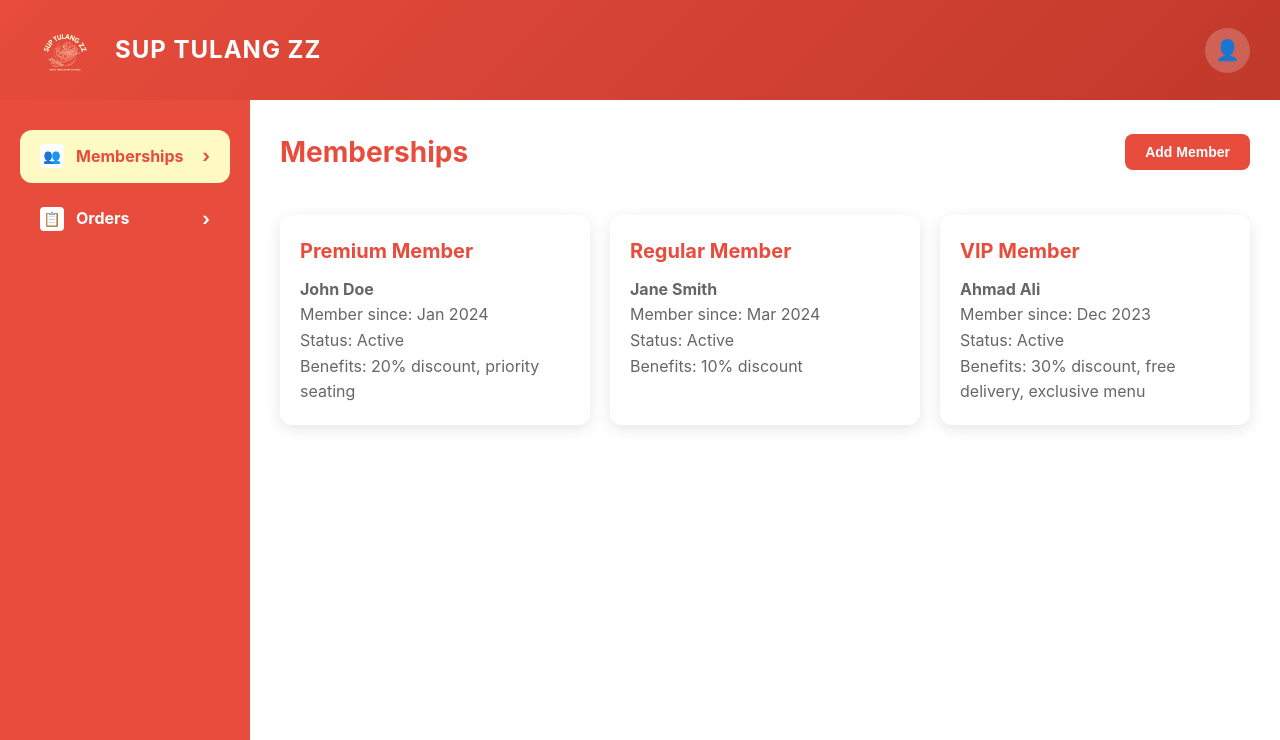
Repository: YIsheng2002/web-frontend
Page: view/Staff/dashboardstaff.html
An editor plug-in stored every save of this project. The page is shown before and after the next save, followed by the edit.
The browser window is 1280 px wide. The pictures show the whole page.

Above is the page before, as saved 2025-06-12 18:22:56.

After the next save:
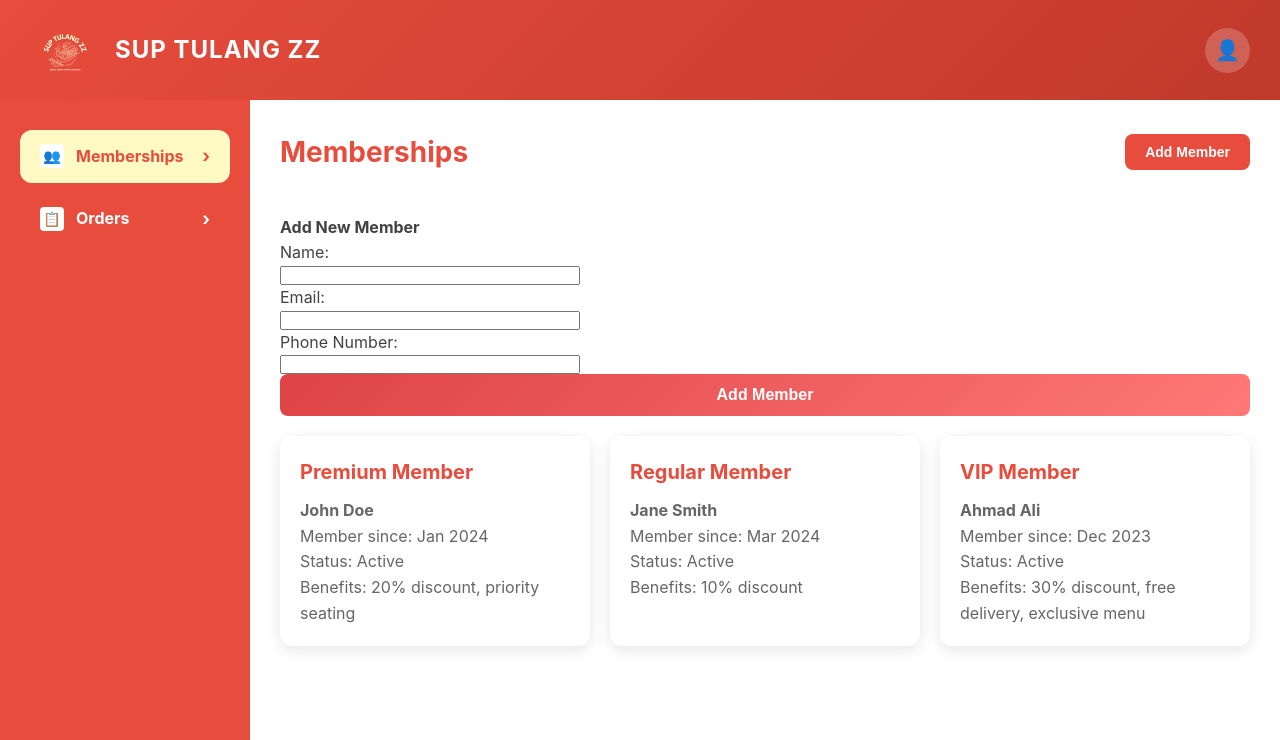
Saved 34 s later.
--- a/view/Staff/dashboardstaff.html
+++ b/view/Staff/dashboardstaff.html
@@ -71,36 +71,59 @@
                 <h3>Memberships</h3>
                 <button class="add-membership-btn" onclick="addMember()">Add Member</button>
             </div>
-            <div class="membership-cards">
-                <div class="membership-card">
-                    <div class="membership-title">Premium Member</div>
-                    <div class="membership-details">
-                        <p><strong>John Doe</strong></p>
-                        <p>Member since: Jan 2024</p>
-                        <p>Status: Active</p>
-                        <p>Benefits: 20% discount, priority seating</p>
+
+            <div id="membershipForm" class="membership-form hidden">
+                <h4>Add New Member</h4>
+                <form id="addMemberForm">
+                    <div class="form-group">
+                        <label for="memberName">Name:</label>
+                        <input type="text" class="input-size" id="memberName" name="memberName" required>
                     </div>
-                </div>
-                <div class="membership-card">
-                    <div class="membership-title">Regular Member</div>
-                    <div class="membership-details">
-                        <p><strong>Jane Smith</strong></p>
-                        <p>Member since: Mar 2024</p>
-                        <p>Status: Active</p>
-                        <p>Benefits: 10% discount</p>
+
+                    <div class="form-group">
+                        <label for="memberEmail">Email:</label>
+                        <input type="email" class="input-size" id="memberEmail" name="memberEmail" required>
                     </div>
-                </div>
-                <div class="membership-card">
-                    <div class="membership-title">VIP Member</div>
-                    <div class="membership-details">
-                        <p><strong>Ahmad Ali</strong></p>
-                        <p>Member since: Dec 2023</p>
-                        <p>Status: Active</p>
-                        <p>Benefits: 30% discount, free delivery, exclusive menu</p>
+
+                    <div class="form-group">
+                        <label for="memberphonenumber">Phone Number:</label>
+                        <input type="phone number" class="input-size" id="memberphonenumber" name="memberphonenumber"required>
+                    </div>
+                    <button type="submit" class="btn-primary">Add Member</button>
+
+
+                </form>
+
+                <div class="membership-cards">
+                    <div class="membership-card">
+                        <div class="membership-title">Premium Member</div>
+                        <div class="membership-details">
+                            <p><strong>John Doe</strong></p>
+                            <p>Member since: Jan 2024</p>
+                            <p>Status: Active</p>
+                            <p>Benefits: 20% discount, priority seating</p>
+                        </div>
+                    </div>
+                    <div class="membership-card">
+                        <div class="membership-title">Regular Member</div>
+                        <div class="membership-details">
+                            <p><strong>Jane Smith</strong></p>
+                            <p>Member since: Mar 2024</p>
+                            <p>Status: Active</p>
+                            <p>Benefits: 10% discount</p>
+                        </div>
+                    </div>
+                    <div class="membership-card">
+                        <div class="membership-title">VIP Member</div>
+                        <div class="membership-details">
+                            <p><strong>Ahmad Ali</strong></p>
+                            <p>Member since: Dec 2023</p>
+                            <p>Status: Active</p>
+                            <p>Benefits: 30% discount, free delivery, exclusive menu</p>
+                        </div>
                     </div>
                 </div>
             </div>
-
             <div class="main-content" id="orders">
                 <h3>Orders</h3>
                 <div class="order-list">
@@ -122,8 +145,7 @@
                     </div>
                 </div>
             </div>
-        </div>
-    </div>
+
 </body>
 
 </html>
